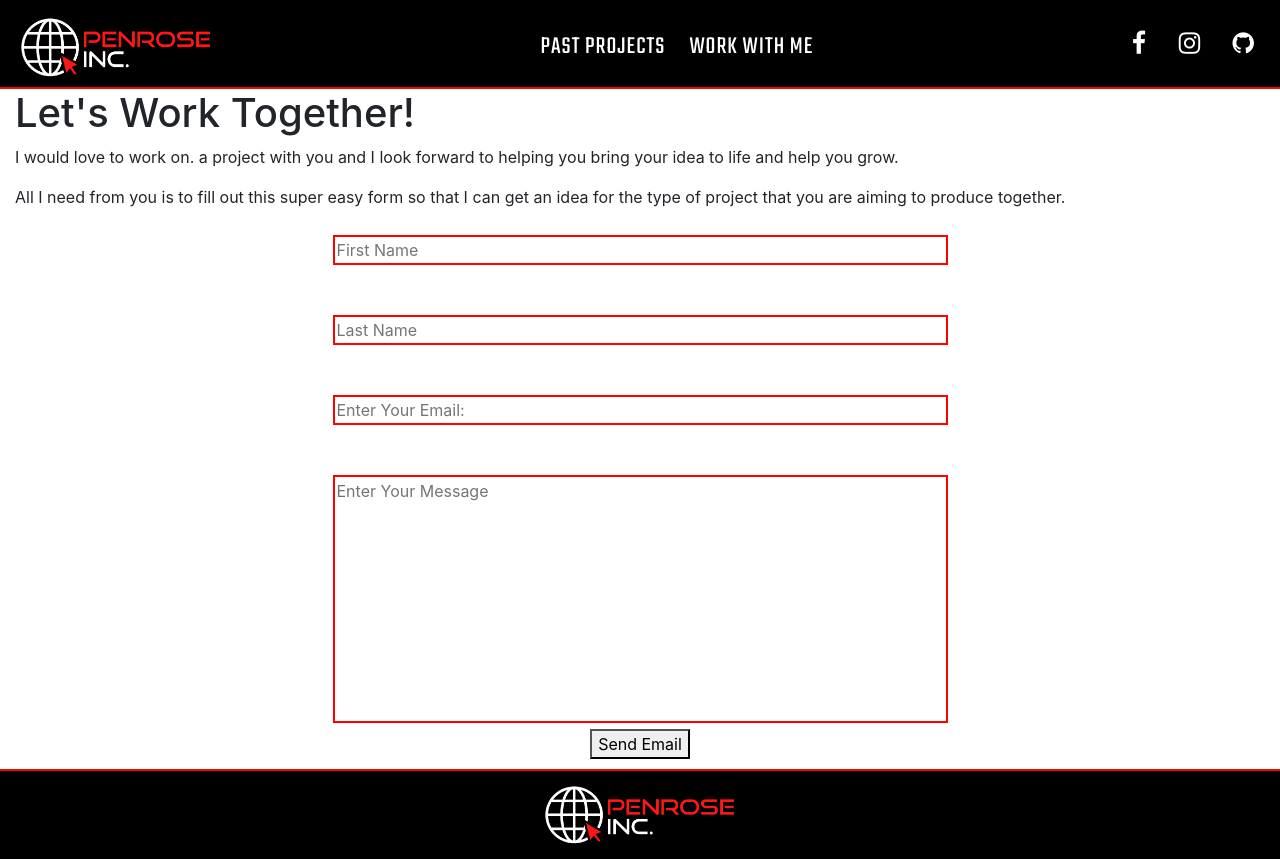
Repository: mrwillpenrose/penrose-inc
Page: work-with-me.html
The author's editor kept a record of every edit. The page is drawn from the files as they stood at one moment, then again after the next edit.
The browser window is 1280 px wide. The pictures show the whole page.
Some web libraries are served in a nearby version.

Above is the page before.

### work-with-me.html
<!DOCTYPE html>
<html lang="en">

<head>
    <meta charset="UTF-8">
    <meta name="viewport" content="width=device-width, initial-scale=1.0">
    <meta http-equiv="X-UA-Compatible" content="ie=edge">
    <title>Penrose Inc</title>
    <link rel="stylesheet" href="https://maxcdn.bootstrapcdn.com/bootstrap/4.0.0/css/bootstrap.min.css" integrity="sha384-Gn5384xqQ1aoWXA+058RXPxPg6fy4IWvTNh0E263XmFcJlSAwiGgFAW/dAiS6JXm" crossorigin="anonymous">
    <link rel="stylesheet" href="https://stackpath.bootstrapcdn.com/font-awesome/4.7.0/css/font-awesome.min.css" type="text/css" />
    <link href="https://fonts.googleapis.com/css2?family=PT+Sans&family=Teko&display=swap" rel="stylesheet">
    <link href="https://fonts.googleapis.com/css2?family=Teko&display=swap" rel="stylesheet">
    <link rel="stylesheet" href="css/style.css" type="text/css" />
</head>

<body>

    <!------------------NAV------------------------>


    <nav class="navbar navbar-expand-md navbar-dark bg-custom">
        <a href="index.html" class="navbar-brand">
            <img class="logo" src="assets/images/penrose-inc-logo.png" alt="Company Logo">
        </a>
        <button class="navbar-toggler" data-toggle="collapse" data-target="#navbarMenu">
            <span class="navbar-toggler-icon"></span>
        </button>
        <div class="collapse navbar-collapse" id="navbarMenu">
            <ul class="navbar-nav mx-auto">
                <li class="list-inline-item">
                    <a href="past-projects.html" class="nav-link menu-item">Past Projects</a>
                </li>
                <li class="list-inline-item">
                    <a href="work-with-me.html" class="nav-link menu-item">Work With Me</a>
                </li>
            </ul>
            <ul class="social">
                <li class="list-inline-item">
                    <a href="https://www.facebook.com/will.penrose.94" class="nav-link" target="_blank">
                        <i class="fa fa-facebook font-awesome-icon" aria-hidden="true"></i>
                        <span class="sr-only">Facebook</span>
                    </a>
                </li>
                <li class="list-inline-item">
                    <a href="#" class="nav-link" target="_blank">
                        <i class="fa fa-instagram font-awesome-icon" aria-hidden="true"></i>
                        <span class="sr-only">Instagram</span>
                    </a>
                </li>
                <li class="list-inline-item">
                    <a href="https://github.com/mrwillpenrose" class="nav-link" target="_blank">
                        <i class="fa fa-github font-awesome-icon" aria-hidden="true"></i>
                        <span class="sr-only">GitHub</span>
                    </a>
                </li>
            </ul>
        </div>
    </nav>


    <!----------------------MAIN CONTENT----------------------->


    <div class="container-fluid">
        <div class="row">
            <div class="col-12">
                <h1 class="page-heading">Let's Work Together!</h1>
                <p>
                    I would love to work on. a project with you and I look forward to helping you bring your idea to life and help you grow.
                </p>
                <p>
                    All I need from you is to fill out this super easy form so that I can get an idea for the type of project that you are aiming to produce together.
                </p>
                <form methed="post">
                    <input class="name" type="text" name="firstName" placeholder="First Name" required>
                    <input class="name" type="text" name="lastName" placeholder="Last Name" required><br>
                    <input class="email" type="email" name="email" placeholder="Enter Your Email:" required><br>
                    <textarea rows="10" cols="500" name="message" placeholder="Enter Your Message"></textarea><br>
                    <button type="submit" name="submit">Send Email</button>
                </form>
            </div>
        </div>
    </div>

    <!----------------------FOOTER----------------------->

    <footer class="container-fluid">
        <div class="row">
            <div class="col-12">
                <img src="assets/images/penrose-inc-logo.png" alt="Company Logo"></img>
            </div>
        </div>
    </footer>


    <script src="https://code.jquery.com/jquery-3.2.1.slim.min.js" integrity="sha384-KJ3o2DKtIkvYIK3UENzmM7KCkRr/rE9/Qpg6aAZGJwFDMVNA/GpGFF93hXpG5KkN" crossorigin="anonymous"></script>
    <script src="https://cdnjs.cloudflare.com/ajax/libs/popper.js/1.12.9/umd/popper.min.js" integrity="sha384-ApNbgh9B+Y1QKtv3Rn7W3mgPxhU9K/ScQsAP7hUibX39j7fakFPskvXusvfa0b4Q" crossorigin="anonymous"></script>
    <script src="https://maxcdn.bootstrapcdn.com/bootstrap/4.0.0/js/bootstrap.min.js" integrity="sha384-JZR6Spejh4U02d8jOt6vLEHfe/JQGiRRSQQxSfFWpi1MquVdAyjUar5+76PVCmYl" crossorigin="anonymous"></script>
</body>

</html>

### css/style.css
body {
    padding: 0;
    margin: 0;
}

.content-section {
    font-family: "PT Sans", sans-serif;
    color: #000;
    text-align: center;
}


/* ----------------------------- NAV ------------------------*/

.bg-custom {
    background-color: #000;
}



.navbar {
    padding-bottom: 0px;
    border-bottom: 2px solid #FF0000;
}

.navbar-brand .logo {
    width: 200px;
    height: auto;
}



.navbar .navbar-nav .menu-item {
    font-family: "Teko", sans-serif;
    font-size: 25px;
    letter-spacing: 1px;
    color: #fff;
    text-transform: uppercase;
    text-align: center;
    -webkit-transition: ease-in-out 0.25s;
    -moz-transition: ease-in-out 0.25;
    -o-transition: ease-in-out 0.25s;
}

.navbar .navbar-nav .menu-item:hover {
    font-size: 30px;
    color: #FF0000;
}



.social {
    text-align: center;
    padding: 0;
}


.social .nav-link {
    padding-top: 10px;
    padding-bottom: 0px;
    padding-left: 10px;
    padding-right: 10px;
}

.font-awesome-icon {
    font-size: 25px;
    color: #fff;
    text-align: center;
    -webkit-transition: ease-in-out 0.2s;
    -moz-transition: ease-in-out 0.2s;
    -o-transition: ease-in-out 0.2s;
}

.font-awesome-icon:hover {

    font-size: 40px;
    color: #FF0000;
}


/* ----------------------------- FOOTER ------------------------*/

footer {
    text-align: center;
    padding: 10px 10px 10px 10px;
    margin: 0;
    background-color: #000;
    position: static;
    left: 0;
    bottom: 0;
    border-top: 2px solid #FF0000;
}


footer img {
    width: 200px;
    height: auto;
}



/* ----------------------------- HOME ------------------------*/

.jumbotron {
    font-family: "Teko", sans-serif;
    font-size: 40px;
    padding: 20px 20px 30px 20px;
    margin: 0;
    background-color: #fff;
    color: #000;
    text-align: center;
}


.index-image img {
    width: 100%;
    height: auto;
    border: 2px solid #FF0000;
}


ul .index-list {
    text-align: center;
}

/* ----------------------------- WORK WITH ME ------------------------*/


form {
    display: block;
    text-align: center;
    padding: 10px;
}

.name {
    width: 100%;
    height: auto;
    margin-bottom: 50px;

}

.email {
    width: 100%;
    height: auto;
    resize: none;
}

textarea {
    width: 100%;
    height: auto;
    margin-top: 50px;
    resize: none;
}

input, textarea {
    outline: none;
    border: 2px solid #FF0000;
}


form .button {
    margin-top: 15px;
    background-color: #FF0000;
    font-family: "Teko", sans-serif;
}


/* ----------------------------- MEDIA QUERIES ------------------------*/

@media screen and (min-width: 768px) {
    .name, .email, textarea {
        width: 50%;
        height: auto;
    }
}

After the next edit:
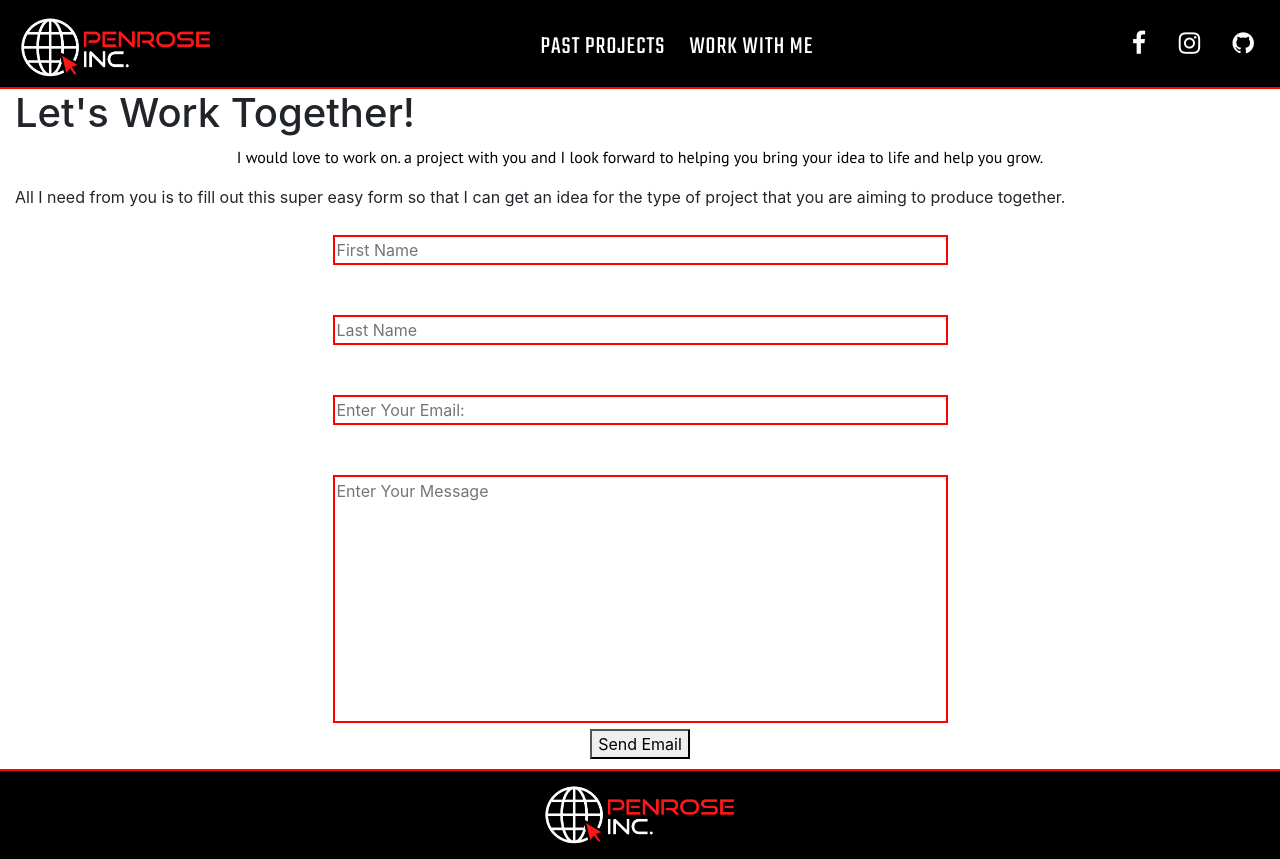
The edit:
--- a/work-with-me.html
+++ b/work-with-me.html
@@ -65,7 +65,7 @@
         <div class="row">
             <div class="col-12">
                 <h1 class="page-heading">Let's Work Together!</h1>
-                <p>
+                <p class="content-section">
                     I would love to work on. a project with you and I look forward to helping you bring your idea to life and help you grow.
                 </p>
                 <p>
